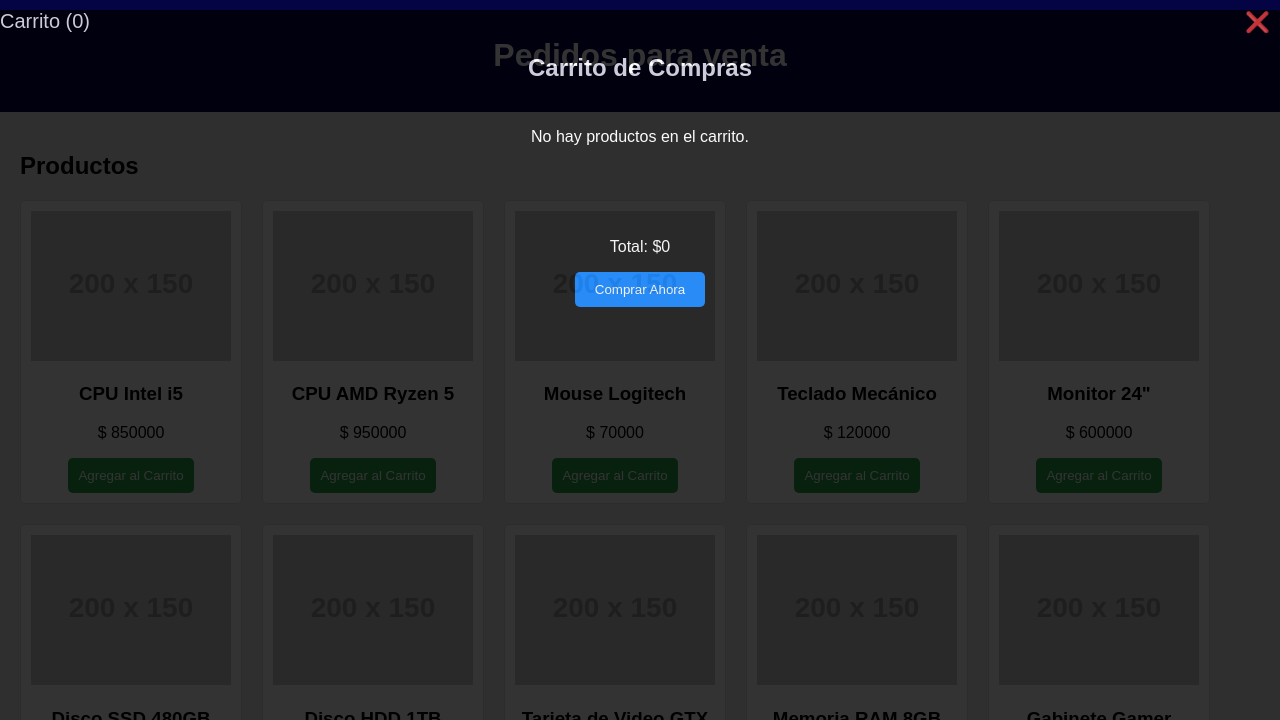
Repository: ye909/RAVPIP
Page: src/templei/ventasPortatil.html
These files come from the project's save history. The page is drawn as it stood at one moment and after the next save; the edit follows.
The browser window is 1280 px wide. The pictures show the window.
A layer covers the whole window, so only the first screen is drawn.

Above is the page before, as saved 2025-04-10 08:35:30.
Console error: ReferenceError: updateCart is not defined

After the next save:
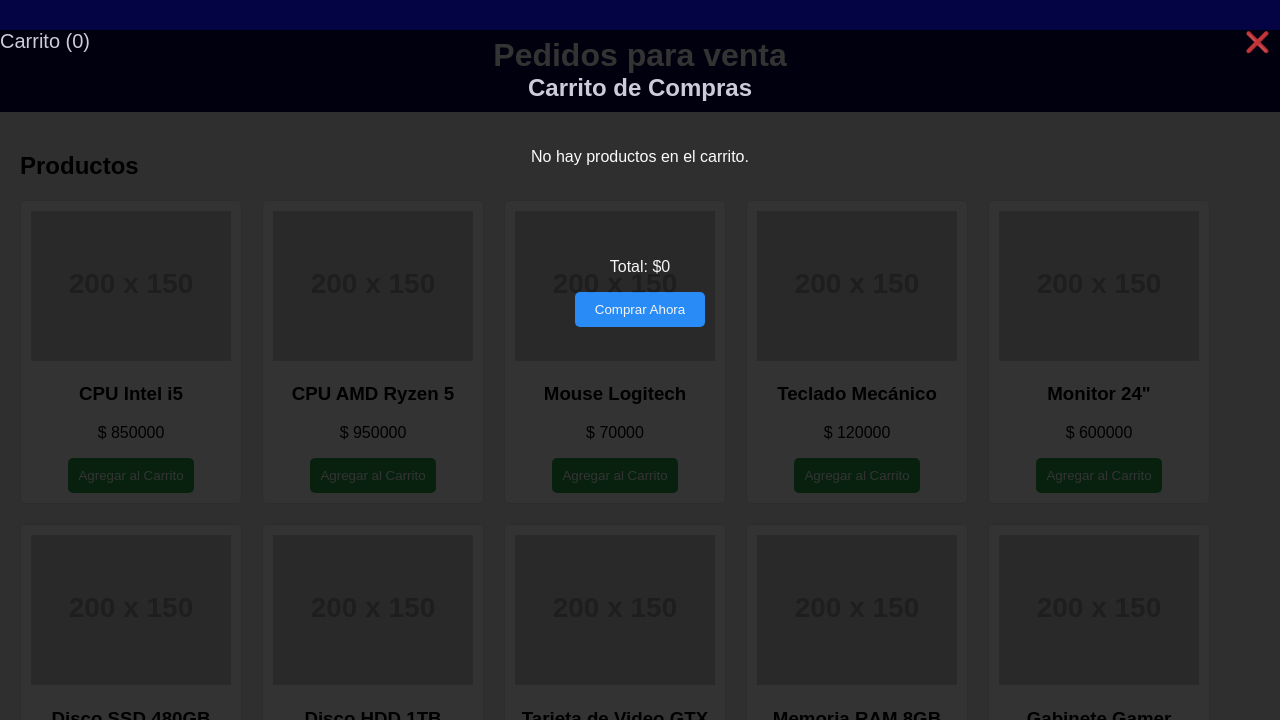
Saved 73 s later.
--- a/src/css/ventas.css
+++ b/src/css/ventas.css
@@ -51,8 +51,11 @@ main {
 .add-to-cart:hover {
   background-color: #218838;
 }
+.carrito{
+  margin-top: 20px;
+}
 /* #carrito {
-  margin-top: 20px;
+
 }
 
 h2{
